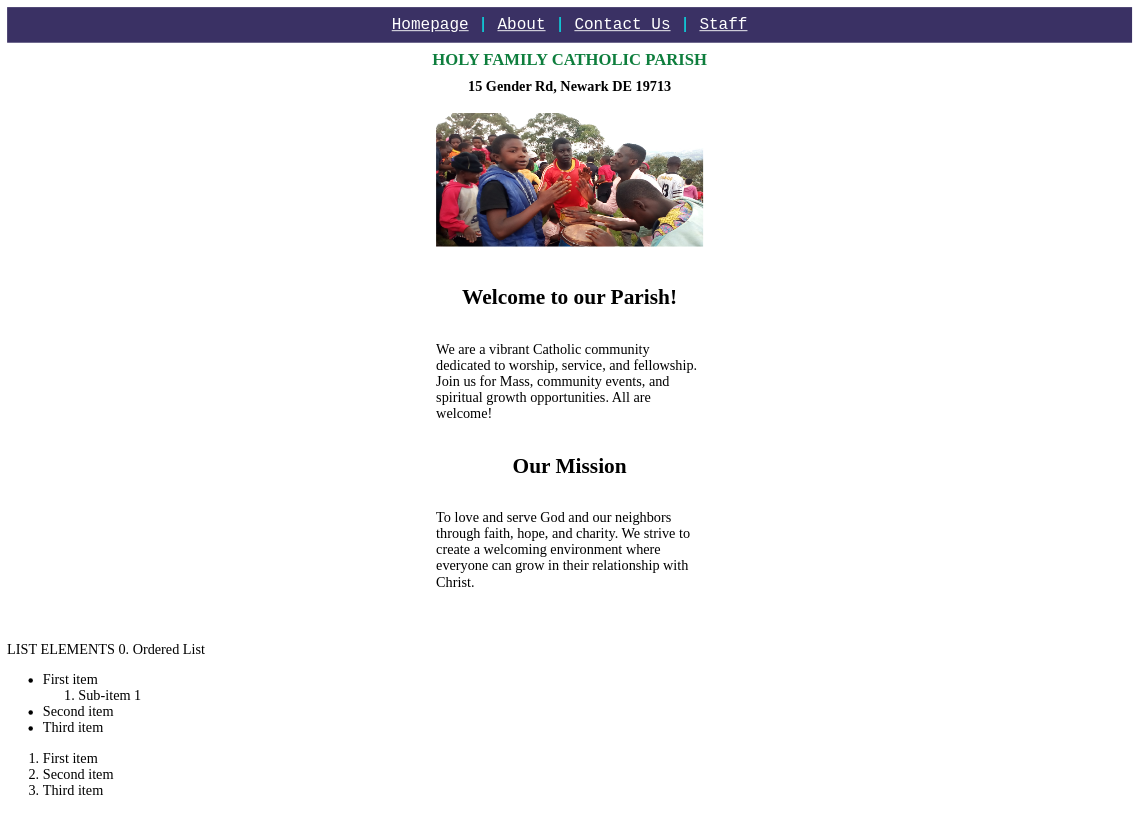
Repository: ficotims/HTML-RESTART
Page: Homepage.html
An editor plug-in stored every save of this project. The page is shown before and after the next save, followed by the edit.
The browser window is 1280 px wide. The pictures show the whole page, at 89% of full size.

Above is the page before, as saved 2026-02-10 17:51:03.

After the next save:
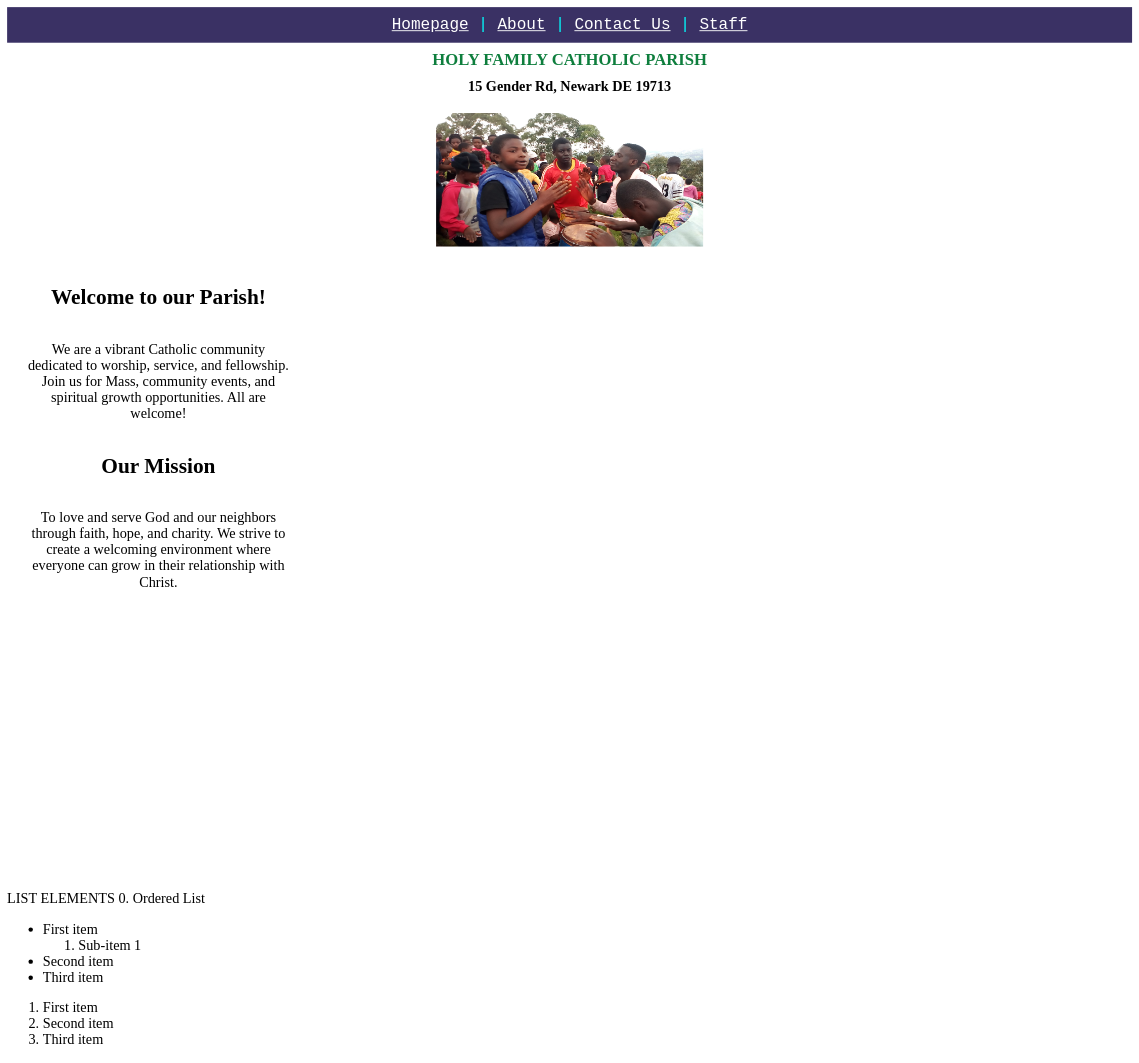
Saved 3 min 33 s later.
--- a/Style 1.css
+++ b/Style 1.css
@@ -23,13 +23,13 @@
 }
 
 .container {
-    display: flex;
-    flex-direction: row;
-    justify-content: space-around;
-}
+    width: 100%;
+    height: 100vh;
+    background-image: src="image/background.jpg";
 
 .profile-box {
     background-color: rgb(255, 255, 255);
+    text-align: center;
     border-radius: 50px;
     padding: 20px;
     width: 300px;
